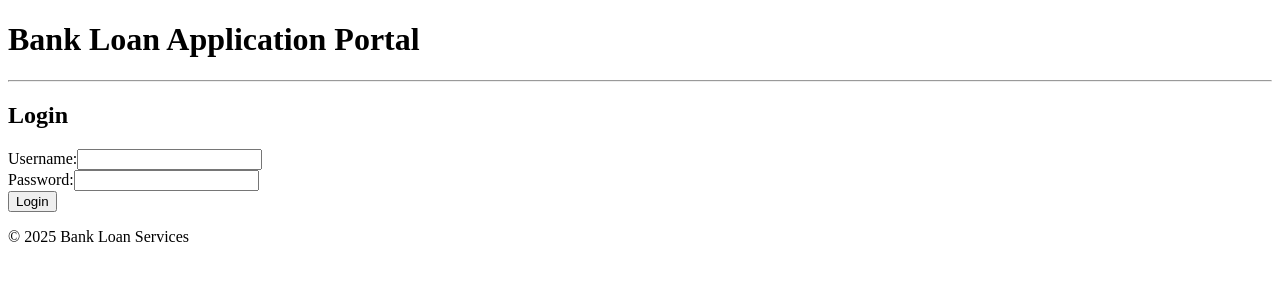
Repository: Yashagr5/WTraining
Page: http://localhost/LoanPortal/login.jsp
An editor plug-in stored every save of this project. The page is shown before and after the next save, followed by the edit.
The browser window is 1280 px wide. The pictures show the whole page.
The page is served by Tomcat 9. Other server files are loaded and not shown.

Above is the page before, as saved 2025-08-14 11:59:18.

### Servlet/LoanPortal/src/main/webapp/login.jsp
<%@ page language="java" contentType="text/html; charset=UTF-8"
    pageEncoding="UTF-8"%>
<!DOCTYPE html>
<html>
<head>
<meta charset="UTF-8">
<title>Insert title here</title>
</head>
<body>
<jsp:include page="header.jsp"></jsp:include>
<h2>Login</h2>
<form action="loanForm.jsp">
Username:<input type="text" name="username" required><br>
Password:<input type="password" name="password" required><br>
<input type="submit" value="Login">
</form>
<jsp:include page="footer.jsp"></jsp:include>
</body>
</html>

### Servlet/LoanPortal/src/main/webapp/header.jsp
<%@ page language="java" contentType="text/html; charset=UTF-8"
    pageEncoding="UTF-8"%>
<!DOCTYPE html>
<html>
<head>
<meta charset="UTF-8">
<title>Loan Portal</title>
</head>
<body>
<header>
<h1> Bank Loan Application Portal</h1>
<hr>
</header>
</body>
</html>

### Servlet/LoanPortal/src/main/webapp/footer.jsp
<%@ page language="java" contentType="text/html; charset=UTF-8"
    pageEncoding="UTF-8"%>
<!DOCTYPE html>
<html>
<head>
<meta charset="UTF-8">
<title>Insert title here</title>
</head>
<body>
<footer>
<p>&copy; 2025 Bank Loan Services</p>
</footer>
</body>
</html>

After the next save:
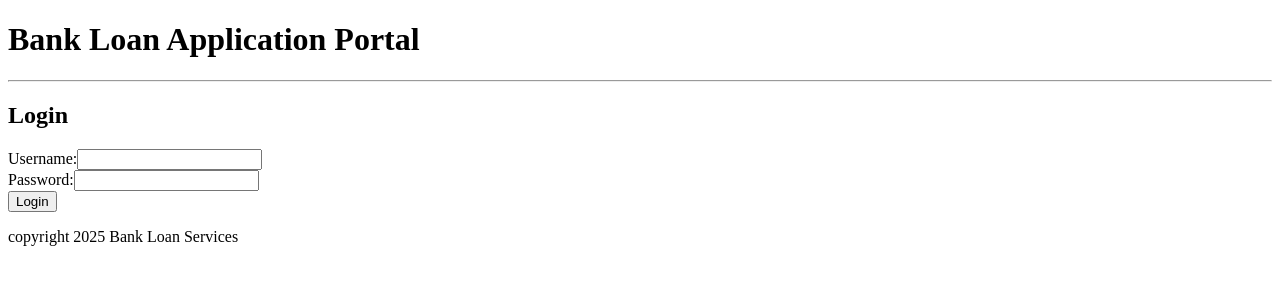
Saved 54 s later.
--- a/Servlet/LoanPortal/src/main/webapp/footer.jsp
+++ b/Servlet/LoanPortal/src/main/webapp/footer.jsp
@@ -8,7 +8,7 @@
 </head>
 <body>
 <footer>
-<p>&copy; 2025 Bank Loan Services</p>
+<p>copyright 2025 Bank Loan Services</p>
 </footer>
 </body>
 </html>
